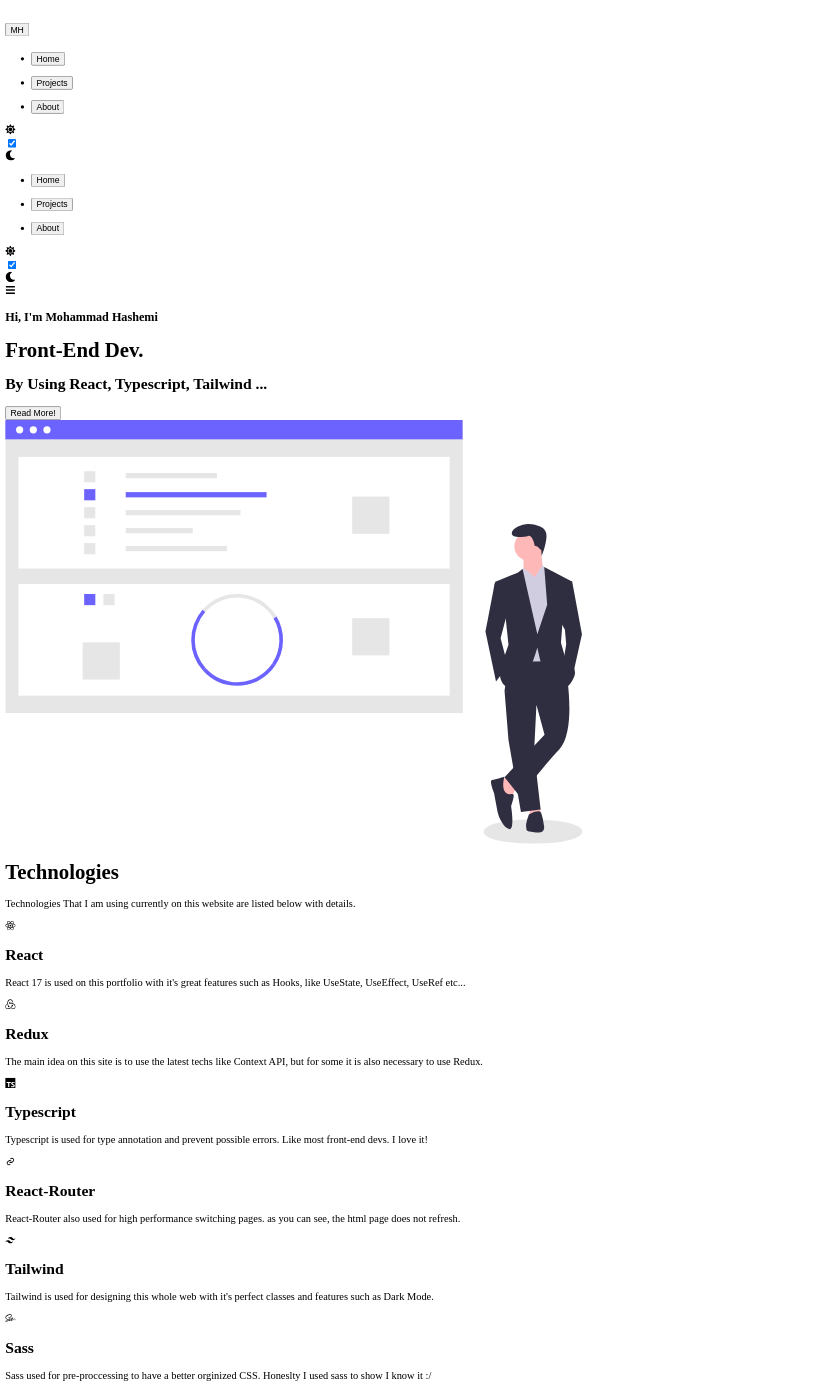
Repository: SMohammadH/react-typescript-tailwind
Page: /
These files come from the project's save history. The page is drawn as it stood at one moment and after the next save; the edit follows.
The browser window is 1280 px wide. The pictures show the whole page, at 65% of full size.
The project was rebuilt for these pictures with package versions that can differ from the ones it lists, and the page was loaded fresh each time. Also part of the build but not shown: craco.config.js.

Above is the page before, as saved 2021-02-05 04:29:28.

### src/index.css
.dark {
  --color-bg-primary: #2d3748;
  --color-bg-secondary: #283141;
  --color-text-primary: #f7fafc;
  --color-text-secondary: #e2e8f0;
  --color-text-accent: #c5b358;
}

.light {
  --color-bg-primary: #ffffff;
  --color-bg-secondary: #edf2f7;
  --color-text-primary: #2d3748;
  --color-text-secondary: #4a5568;
  --color-text-accent: #2b6cb0;
}

@import 'tailwindcss/base';
@import 'tailwindcss/components';
@import 'tailwindcss/utilities';

### src/App.tsx
import './App.css';
import 'tailwindcss/tailwind.css';
import { ThemeProvider } from './dark-mode/themeContext';
import { Navbar } from './components/Navbar';
import { FirstSection } from './components/FirstSection';
import { SecondSection } from './components/SecondSection';

const App: React.FC = () => {
  return (
    <div>
      <ThemeProvider>
        <Navbar />
        <div className="body bg-primary text-primary">
          <FirstSection />
          <SecondSection />
        </div>
      </ThemeProvider>
    </div>
  );
};

export default App;

### src/App.css
.font-gold {
  color: #c5b358;
}

### src/dark-mode/themeContext.tsx
import React from 'react';

const getInitialTheme = () => {
  if (typeof window !== 'undefined' && window.localStorage) {
    const storedPrefs = window.localStorage.getItem('color-theme');
    if (typeof storedPrefs === 'string') {
      return storedPrefs;
    }

    const userMedia = window.matchMedia('(prefers-color-scheme: dark)');
    if (userMedia.matches) {
      return 'dark';
    }
  }

  // If you want to use light theme as the default, return "light" instead
  return 'dark';
};

interface IContextProps {
  theme: string;
  setTheme: React.Dispatch<React.SetStateAction<string>>;
}
// Remember if You wanna uncomment above remove null in the next line.
export const ThemeContext = React.createContext({} as IContextProps);

interface ThemeProps {
  initialTheme?: any;
  children: any;
}

export const ThemeProvider: React.FC<ThemeProps> = ({
  initialTheme,
  children,
}) => {
  const [theme, setTheme] = React.useState(getInitialTheme);

  const rawSetTheme = (theme: string) => {
    const root = window.document.documentElement;
    const isDark = theme === 'dark';

    root.classList.remove(isDark ? 'light' : 'dark');
    root.classList.add(theme);

    localStorage.setItem('color-theme', theme);
  };

  if (initialTheme) {
    rawSetTheme(initialTheme);
  }

  React.useEffect(() => {
    rawSetTheme(theme);
  }, [theme]);

  return (
    <ThemeContext.Provider value={{ theme, setTheme }}>
      {children}
    </ThemeContext.Provider>
  );
};

### src/components/Navbar.tsx
import { useState } from 'react';
import { Toggle } from '../dark-mode/toggle';
import { FaBars } from 'react-icons/fa';

export const Navbar = () => {
  const [hidden, setHidden] = useState('');
  const onClick = () => {
    hidden ? setHidden('') : setHidden('hidden');
  };
  return (
    <div className="bg-gray-800 text-gray-100  fixed  w-full z-10">
      <div className="max-w-screen-xl mx-auto px-2 sm:px-6 lg:px-8">
        <div className="relative flex items-center justify-between h-16">
          <div>
            <h1 className="text-3xl font-gold">
              <button className="focus:outline-none">MH</button>
            </h1>
          </div>

          <div className="hidden md:flex">
            <div className="flex space-x-9 text-lg">
              <ul>
                <li>
                  <button className="hover:text-accent focus:outline-none">
                    Home
                  </button>
                </li>
              </ul>
              <ul>
                <li>
                  <button className="hover:text-accent focus:outline-none">
                    Projects
                  </button>
                </li>
              </ul>
              <ul>
                <li>
                  <button className="hover:text-accent focus:outline-none">
                    About
                  </button>
                </li>
              </ul>
            </div>
            <div className="ml-9 self-center">
              <Toggle />
            </div>
          </div>

          <div className={`${hidden} md:hidden`}>
            <div className="flex flex-col space-x-9 text-lg">
              <ul>
                <li>
                  <button className="hover:text-accent focus:outline-none">
                    Home
                  </button>
                </li>
              </ul>
              <ul>
                <li>
                  <button className="hover:text-accent focus:outline-none">
                    Projects
                  </button>
                </li>
              </ul>
              <ul>
                <li>
                  <button className="hover:text-accent focus:outline-none">
                    About
                  </button>
                </li>
              </ul>
            </div>
            <div className="ml-9 self-center">
              <Toggle />
            </div>
          </div>
          <div className="px-4 cursor-pointer md:hidden">
            <FaBars className="w-8" onClick={onClick} />
          </div>
        </div>
      </div>
    </div>
  );
};

### src/components/FirstSection.tsx
import Success from '../svg/success.svg';

export const FirstSection = () => {
  return (
    <div className="flex justify-between  space-x-20 p-10 pt-40 max-w-screen-xl mx-auto md:flex-row">
      <div className="self-center pb-20 mb-20 space-y-2">
        <h3 className="text-xl">Hi, I'm Mohammad Hashemi</h3>
        <h1 className="text-5xl text-accent">Front-End Dev.</h1>
        <h2 className="text-medium">
          By Using React, Typescript, Tailwind ...
        </h2>
        <button className="btn">Read More!</button>
      </div>
      <div className="">
        <img src={Success} alt="" />
      </div>
    </div>
  );
};

### src/components/SecondSection.tsx
import { Card } from './Card';
import { FaSass } from 'react-icons/fa';
import { SiTypescript, SiTailwindcss, SiRedux, SiReact } from 'react-icons/si';
import { BiLink } from 'react-icons/bi';

const text = [
  {
    react: `React 17 is used on this portfolio with it's great features such as Hooks, like UseState, UseEffect, UseRef etc...`,
  },
  {
    redux:
      'The main idea on this site is to use the latest techs like Context API, but for some it is also necessary to use Redux.',
  },
  {
    typescript:
      'Typescript is used for type annotation and prevent possible errors. Like most front-end devs. I love it!',
  },
  {
    reactRouter:
      'React-Router also used for high performance switching pages. as you can see, the html page does not refresh.',
  },
  {
    tailwind: `Tailwind is used for designing this whole web with it's perfect classes and features such as Dark Mode.`,
  },
  {
    sass:
      'Sass used for pre-proccessing to have a better orginized CSS. Honeslty I used sass to show I know it :/',
  },
];
console.log(text[0].react);

export const SecondSection = () => {
  return (
    <div className="bg-secondary text-secondary">
      <div className="max-w-screen-xl mx-auto px-5 py-24">
        <div className="text-center mb-20">
          <h1 className="text-accent mb-4 text-4xl leading-10 tracking-tight sm:text-5xl sm:leading-none md:text-6xl">
            Technologies
          </h1>
          <p className="text-base leading-relaxed xl:w-2/4 lg:w-3/4 mx-auto">
            Technologies That I am using currently on this website are listed
            below with details.
          </p>
          <div className="flex mt-6 justify-center">
            <div className="w-16 h-1 rounded-full bg-indigo-500 inline-flex"></div>
          </div>
        </div>
        <div className="flex flex-wrap sm:-m-4 -mx-4 -mb-10 -mt-4">
          <Card
            Img={SiReact}
            imgSize={10}
            header="React"
            imgColor="blue-600"
            imgBack="blue"
            text={text[0].react}
          />
          <Card
            Img={SiRedux}
            imgSize={10}
            header="Redux"
            imgColor="purple-500"
            imgBack="purple"
            text={text[1].redux}
          />
          <Card
            Img={SiTypescript}
            imgSize={7}
            header="Typescript"
            imgColor="blue-700"
            imgBack="blue"
            text={text[2].typescript}
          />

          <Card
            Img={BiLink}
            imgSize={10}
            header="React-Router"
            imgColor="red-600"
            imgBack="red"
            text={text[3].reactRouter}
          />
          <Card
            Img={SiTailwindcss}
            imgSize={10}
            header="Tailwind"
            imgColor="green-500"
            imgBack="green"
            text={text[4].tailwind}
          />

          <Card
            Img={FaSass}
            imgSize={10}
            header="Sass"
            imgColor="pink-600"
            imgBack="pink"
            text={text[5].sass}
          />
        </div>
      </div>
    </div>
  );
};

### src/dark-mode/toggle.tsx
import React from 'react';
import { ThemeContext } from './themeContext';
import './toggle.css';
import { FaSun } from 'react-icons/fa';
import { FaMoon } from 'react-icons/fa';

export const Toggle = () => {
  const { theme, setTheme } = React.useContext(ThemeContext);

  const isDark = () => {
    return theme === 'dark';
  };

  return (
    <label className="flex items-center cursor-pointer">
      <div className="ml-3 font-medium mr-3">
        {theme === 'light' ? (
          <FaSun className="text-yellow-100 text-2xl" />
        ) : (
          <FaSun className="text-gray-400" />
        )}
      </div>
      <div className="relative">
        <input
          type="checkbox"
          className="hidden"
          checked={isDark()}
          onChange={e => setTheme(e.target.checked ? 'dark' : 'light')}
        />
        <div className="toggle__line w-10 h-4 bg-gray-400 rounded-full shadow-inner"></div>
        <div className="toggle__dot absolute w-6 h-6 bg-white rounded-full shadow inset-y-0 left-0"></div>
      </div>

      <div className="ml-3 ">
        {theme === 'light' ? (
          <FaMoon className="text-gray-400" />
        ) : (
          <FaMoon className="text-blue-100 text-xl" />
        )}
      </div>
    </label>
  );
};

### src/components/Card.tsx
interface Props {
  Img: any;
  imgSize: number;
  imgColor: string;
  imgBack: string;
  header: string;
  text?: string;
}

export const Card: React.FC<Props> = ({
  Img,
  imgSize,
  imgColor,
  imgBack,
  header,
  text,
}) => {
  return (
    <div className="relative max-w-sm md:max-w-xs mx-auto ">
      <div
        className={`absolute mr-2 ml-8 mb-11 inset-0 bg-gradient-to-r from-${imgBack}-200 to-${imgBack}-400 dark:from-gray-800 dark:to-${imgBack}-900 shadow-lg transform -skew-y-3 sm:skew-y-0 sm:-rotate-6 rounded-3xl`}
      ></div>
      <div className="relative py-7 px-2 md:mb-0 flex flex-col ">
        <div className="px-4 py-10 mr-6 bg-primary text-primary shadow-lg rounded-3xl transform translate-x-6 -translate-y-6  ">
          <div
            className={`inline-flex w-12 h-12 rounded-full items-center justify-center bg-${imgBack}-100 text-${imgColor} mb-4 flex-shrink-0 p-2`}
          >
            <Img className={`w-${imgSize} h-${imgSize}`} />
            {/* className="w-6 h-6"
              fill="none"
              stroke="currentColor"
              viewBox="0 0 24 24"
              xmlns="http://www.w3.org/2000/svg"
            >
              <path
                stroke-linecap="round"
                stroke-linejoin="round"
                stroke-width="2"
                d="M7 21a4 4 0 01-4-4V5a2 2 0 012-2h4a2 2 0 012 2v12a4 4 0 01-4 4zm0 0h12a2 2 0 002-2v-4a2 2 0 00-2-2h-2.343M11 7.343l1.657-1.657a2 2 0 012.828 0l2.829 2.829a2 2 0 010 2.828l-8.486 8.485M7 17h.01"
              ></path>
            </Img> */}
          </div>
          <div className="flex-grow ">
            <h2 className="text-primary text-xl title-font font-medium mb-3">
              {header}
            </h2>
            <p className="leading-relaxed text-sm text-justify">{text}</p>
          </div>
        </div>
      </div>
    </div>
  );
};

### src/dark-mode/toggle.css
.toggle__dot {
  top: -0.25rem;
  left: -0.25rem;
  transition: all 0.3s ease-in-out;
}

input:checked ~ .toggle__dot {
  transform: translateX(100%);
  background-color: #48bb78;
}

### tailwind.config.js
module.exports = {
  purge: [],
  darkMode: 'class', // or 'media' or 'class'
  theme: {
    extend: {
      backgroundColor: {
        primary: 'var(--color-bg-primary)',
        secondary: 'var(--color-bg-secondary)',
      },
      textColor: {
        accent: 'var(--color-text-accent)',
        primary: 'var(--color-text-primary)',
        secondary: 'var(--color-text-secondary)',
      },
    },
  },
  variants: {
    extend: {},
  },
  plugins: [],
};

Loaded but not shown: public/index.html (common file); src/index.tsx (common file)

After the next save:
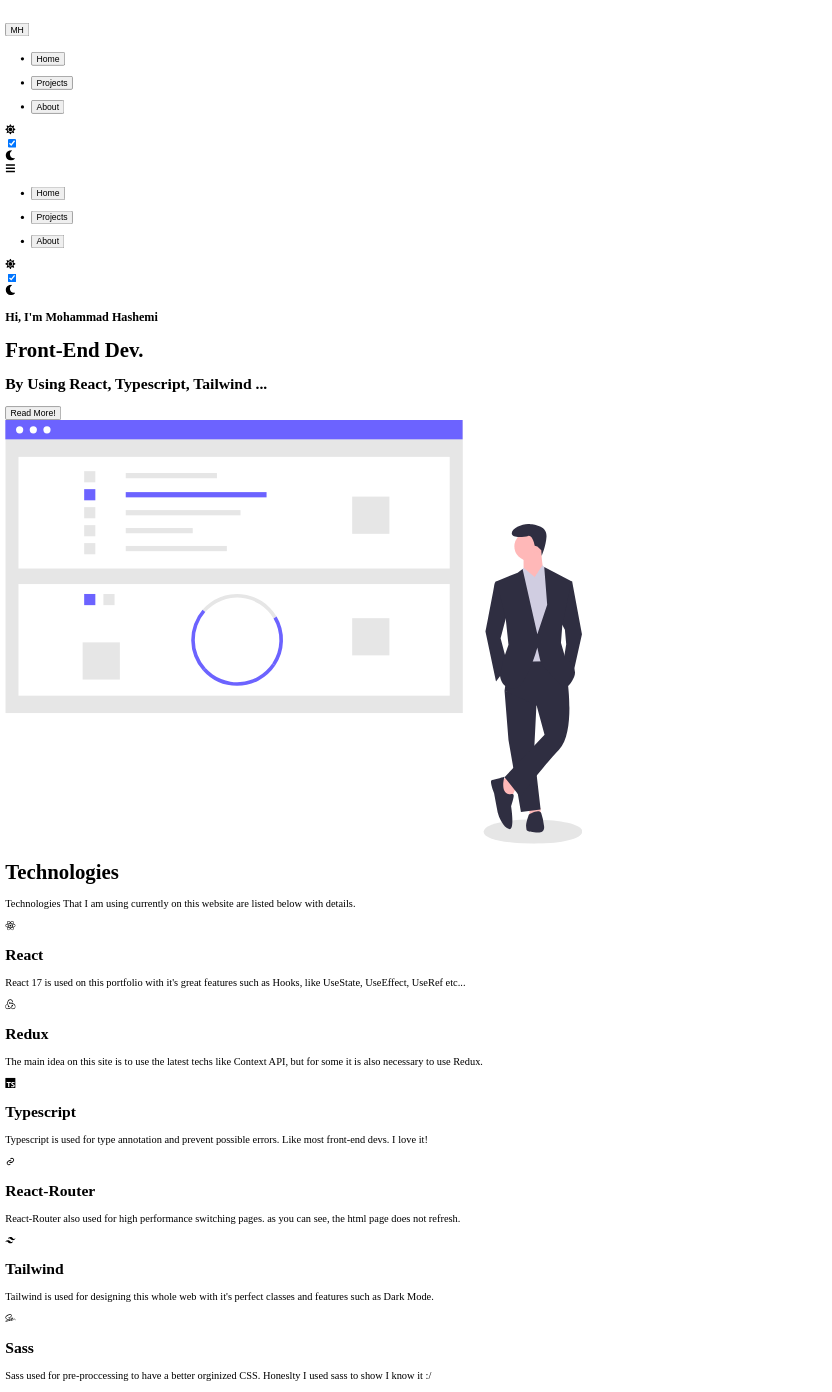
Saved 43 s later.
--- a/src/components/Navbar.tsx
+++ b/src/components/Navbar.tsx
@@ -46,39 +46,39 @@
             </div>
           </div>
 
-          <div className={`${hidden} md:hidden`}>
-            <div className="flex flex-col space-x-9 text-lg">
-              <ul>
-                <li>
-                  <button className="hover:text-accent focus:outline-none">
-                    Home
-                  </button>
-                </li>
-              </ul>
-              <ul>
-                <li>
-                  <button className="hover:text-accent focus:outline-none">
-                    Projects
-                  </button>
-                </li>
-              </ul>
-              <ul>
-                <li>
-                  <button className="hover:text-accent focus:outline-none">
-                    About
-                  </button>
-                </li>
-              </ul>
-            </div>
-            <div className="ml-9 self-center">
-              <Toggle />
-            </div>
-          </div>
           <div className="px-4 cursor-pointer md:hidden">
             <FaBars className="w-8" onClick={onClick} />
           </div>
         </div>
       </div>
+      <div className={`${hidden} md:hidden`}>
+        <div className="flex flex-col space-x-9 text-lg">
+          <ul>
+            <li>
+              <button className="hover:text-accent focus:outline-none">
+                Home
+              </button>
+            </li>
+          </ul>
+          <ul>
+            <li>
+              <button className="hover:text-accent focus:outline-none">
+                Projects
+              </button>
+            </li>
+          </ul>
+          <ul>
+            <li>
+              <button className="hover:text-accent focus:outline-none">
+                About
+              </button>
+            </li>
+          </ul>
+        </div>
+        <div className="ml-9 self-center">
+          <Toggle />
+        </div>
+      </div>
     </div>
   );
 };
